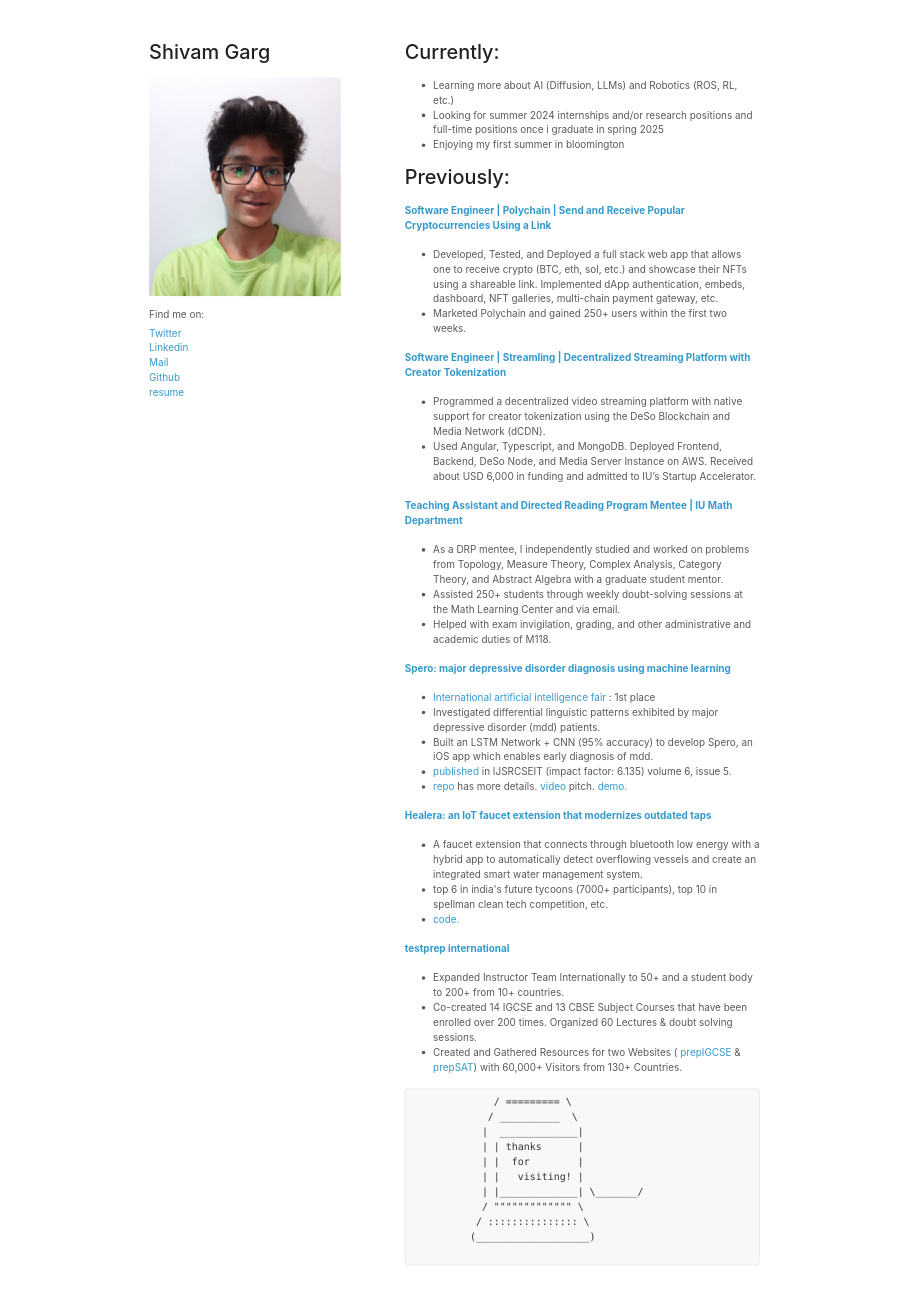
Repository: 22shivam/22shivam.github.io
Page: index.html
The author's editor kept a copy of each file at every save. The page is drawn from the files as they stood at one save, then again after the next save.
The browser window is 1280 px wide. The pictures show the whole page, at 71% of full size.

Above is the page before, as saved 2024-06-17 19:17:09.

### index.html
<!doctype html>
<html>

<head>
  <meta charset="utf-8">
  <meta http-equiv="X-UA-Compatible" content="chrome=1">
  <title>Shivam Garg</title>

  <link rel="apple-touch-icon" sizes="180x180" href="assets/favicon/apple-touch-icon.png">
  <link rel="icon" type="image/png" sizes="32x32" href="assets/favicon/favicon-32x32.png">
  <link rel="icon" type="image/png" sizes="16x16" href="assets/favicon/favicon-16x16.png">
  <link rel="manifest" href="assets/favicon/site.webmanifest">
  <title>Shivam Garg</title>
  <meta charset="utf-8">
  <meta name="description" content="hi i am shivam! i love making and learning about new things">
  <meta name="keywords" content="Shivam Garg, Shivam, Personal Website, smgarg, Shivam Manish Garg">
  <link rel="author" href="https://plus.google.com/{{googlePlusId}}" />
  <!-- TODO: fix link below -->
  <link rel="canonical" href="/" />
  <meta name="author" content="Shivam Garg">


  <link rel="stylesheet" href="css/styles.css">
  <link rel="stylesheet" href="css/pygment_trac.css">
  <meta name="viewport" content="width=device-width">
  <!--[if lt IE 9]>
    <script src="//html5shiv.googlecode.com/svn/trunk/html5.js"></script>
    <![endif]-->
</head>

<body>
  <div class="wrapper">
    <header>
      <h1>Shivam Garg</h1>
      <img src="assets/publicPhoto.jpeg" alt="Shivam Garg" height="" width="">
      <p style="margin-bottom: 5px; margin-top: 10px;">Find me on:</p>
      <div class="view"><a href="https://twitter.com/smgarg_/" target="_blank">Twitter</a></div>
      <div class="view"><a href="https://www.linkedin.com/in/shivammgarg" target="_blank">Linkedin</a></div>
      <div class="view"><a href="mailto:shivamg2604@gmail.com" target="_blank">Mail</a></div>
      <div class="view"><a href="https://github.com/22shivam/" target="_blank">Github</a></div>
      <div class="view"><a href="/resume.pdf" target="_blank">resume</a></div>

    </header>
    <section>
      <h1>Currently:</h1>

      <ul>
        <li>Learning more about AI (Diffusion, LLMs) and Robotics (ROS, RL, etc.)</li>
        <li>Looking for summer 2024 internships and/or research positions and full-time positions once i graduate in
          spring 2025</li>
        <li>Enjoying my first summer in bloomington</li>
      </ul>


      <h1>Previously:</h1>

      <p><a href="#"><b>Software Engineer | Polychain | Send and Receive Popular Cryptocurrencies Using a Link</b></a>
      </p>
      <ul>
        <li> Developed, Tested, and Deployed a full stack web app that allows one to receive crypto (BTC, eth, sol,
          etc.) and
          showcase their NFTs using a shareable link. Implemented dApp authentication, embeds, dashboard, NFT galleries,
          multi-chain payment gateway, etc. </li>
        <li>Marketed Polychain and gained 250+ users within the first two weeks.</li>
      </ul>

      <p><a href="#"><b>Software Engineer | Streamling | Decentralized Streaming Platform with Creator
            Tokenization</b></a></p>
      <ul>
        <li>Programmed a decentralized video streaming platform with native support for creator tokenization using the
          DeSo
          Blockchain and Media Network (dCDN). </li>
        <li>Used Angular, Typescript, and MongoDB. Deployed Frontend, Backend, DeSo Node, and Media Server Instance on
          AWS. Received about USD 6,000 in funding and admitted to IU’s Startup Accelerator.</li>
      </ul>

      <p><a href="#"><b>Teaching Assistant and Directed Reading Program Mentee | IU Math Department</b></a></p>
      <ul>
        <li>As a DRP mentee, I independently studied and worked on problems from Topology, Measure Theory, Complex
          Analysis, Category Theory, and Abstract Algebra with a graduate student mentor. </li>
        <li>Assisted 250+ students through weekly doubt-solving sessions at the Math Learning Center and via email.</li>
        <li>Helped with exam invigilation, grading, and other administrative and academic duties of M118.</li>
      </ul>

      <p><a href="#"><b>Spero: major depressive disorder diagnosis using machine learning</b></a></p>
      <ul>
        <li><a href="https://www.facebook.com/watch/?v=3315503535234343" target="_blanket">International artificial
            intelligence fair </a>: 1st place</li>
        <li> Investigated differential linguistic patterns exhibited by major depressive disorder (mdd) patients. </li>
        <li> Built an LSTM Network + CNN (95% accuracy) to develop Spero, an iOS app which enables early diagnosis of
          mdd. </li>
        <li> <a href="https://drive.google.com/file/d/13emORumQpy178YOz-o1TLWc3oEMG_0Zk/view?usp=sharing"
            target="_blank">published</a> in IJSRCSEIT (impact factor: 6.135) volume 6, issue 5. </li>
        <li><a href="https://github.com/yumibyte/DepressionAnalysisApp" target="_blank">repo</a> has more details. <a
            href="https://youtu.be/BRpB7O93rG8" target="_blank">video </a>pitch. <a
            href="https://drive.google.com/file/d/1xZBEsI2Kvl0hXr1HkGOkEOxA6GYMHvkU/view?usp=sharing"
            target="_blank">demo.</a></li>
      </ul>

      <p><a href="#"><b>Healera: an IoT faucet extension that modernizes outdated taps</b></a></p>
      <ul>
        <li> A faucet extension that connects through bluetooth low energy with a hybrid app to automatically detect
          overflowing vessels and create an integrated smart water management system. </li>
        <li>top 6 in india's future tycoons (7000+ participants), top 10 in spellman clean tech competition, etc.</li>
        <li><a href="https://create.arduino.cc/editor/shivam26/1d686c51-6e04-4531-b3fc-80d3e8be87ea/preview"
            target="_blank">code.</a> </li>
      </ul>

      <p><a href="https://testprepintl.wixsite.com/testprep" target="_blank"><b>testprep international</b></a></p>
      <ul>
        <li>Expanded Instructor Team Internationally to 50+ and a student body to 200+ from 10+ countries.</li>
        <li>Co-created 14 IGCSE and 13 CBSE Subject Courses that have been enrolled over 200 times. Organized 60
          Lectures & doubt solving sessions. </li>
        <li>Created and Gathered Resources for two Websites ( <a href="https://igcse.school.blog/"
            target="_blank">prepIGCSE</a> & <a href="https://prepsatinfo.wordpress.com/" target="_blank">prepSAT</a>)
          with 60,000+ Visitors from 130+ Countries. </li>
      </ul>

      <!-- <p><a href="https://covidhope.litcot.org/" target="_blank"><b>the covidhope initiative</b></a></p>
      <ul>
        <li>recruited 17 editors and designers for the 216-page anthology and oversaw internal operations.</li>
        <li>released anthology in several online stores.</li>
        <li>recognised by <a
            href="https://www.unmgcy.org/youth-initiatives/2020/9/9/the-covidhope-initiative?fbclid=IwAR1hHeQ0HqLZF7lZqmeBwSabEhB1bpDe8zFZsVwr8dct0wwqOb93iT0AzrM"
            target="_blank">united nations major group for children and youth</a> and WHO's weekly operational update on
          covid-19 (<a
            href="https://www.who.int/publications/m/item/weekly-operational-update-on-covid-19---24-may-2021"
            target="_blank">issue 56</a>, page 7).</li>
      </ul> -->

      <!-- <p><a href="#"><b>this is actually a title placeholder</b></a></p>
        <ul>
            <li>bullet <b>1</b></li>
            <li>bullet 2</li>
            <li>bullet 3</li>
        </ul> -->

      <!-- <h1>essays:</h1>
      &#10024; fun stuff coming soon &#10024;
      <br>
      <br>

      <h1>reading list</h1>
      <ul>
        <li>the psychology of money by morgan housel </li>
        <li>the almanack of naval ravikant by eric jorgenson</li>
      </ul> -->

      <!-- <h1>random:</h1>
          <ul>
            <li>random 1:</li>
            <li>random 2:</li>
            <li>random 3:</li>
          </ul>

          <h1>features:</h1>
          <ul>
            <li>feature 1:</li>
            <li>feature 2:</li>
            <li>feature 3:</li>
          </ul>

          <h1>gallery:</h1>
          <ul>
            <li>feature 1:</li>
            <li>feature 2:</li>
            <li>feature 3:</li>
          </ul> -->




      <pre>
             / ========= \
            / __________  \
           |  _____________|
           | | thanks      |
           | |  for        |
           | |   visiting! |
           | |_____________| \_______/
           / """"""""""""" \
          / ::::::::::::::: \
         (___________________)
        </pre>
    </section>
    <footer>
      <!-- <p><small>Last Updated: August 21, 2021</small></p> -->
    </footer>
  </div>
  <script src="js/scale.fix.js"></script>
</body>

</html>

### css/styles.css
body {
  background-color: #fff;
  padding:50px;
  font: 14px/1.5 -apple-system, BlinkMacSystemFont, "Segoe UI", Roboto, Oxygen, Ubuntu, Cantarell, "Fira Sans", "Droid Sans", "Helvetica Neue", Arial, sans-serif, "Apple Color Emoji", "Segoe UI Emoji", "Segoe UI Symbol";
  color:#595959;
  font-weight:400;
}

h1, h2, h3, h4, h5, h6 {
  color:#222;
  margin:0 0 20px;
}

p, ul, ol, table, pre, dl {
  margin:0 0 20px;
}

h1, h2, h3 {
  line-height:1.1;
}

h1 {
  font-size:28px;
  font-weight: 500;
}

h2 {
  color:#393939;
  font-weight: 500;
}

h3, h4, h5, h6 {
  color:#494949;
  font-weight: 500;
}

a {
  color:#39c;
  text-decoration:none;
}

a:hover {
  color:#069;
}

a small {
  font-size:11px;
  color:#777;
  margin-top:-0.3em;
  display:block;
}

a:hover small {
  color:#777;
}

.wrapper {
  width:860px;
  margin:0 auto;
}

blockquote {
  border-left:1px solid #e5e5e5;
  margin:0;
  padding:0 0 0 20px;
  font-style:italic;
}

code, pre {
  font-family:Monaco, Bitstream Vera Sans Mono, Lucida Console, Terminal, Consolas, Liberation Mono, DejaVu Sans Mono, Courier New, monospace;
  color:#333;
}

pre {
  padding:8px 15px;
  background: #f8f8f8;
  border-radius:5px;
  border:1px solid #e5e5e5;
  overflow-x: auto;
}

table {
  width:100%;
  border-collapse:collapse;
}

th, td {
  text-align:left;
  padding:5px 10px;
  border-bottom:1px solid #e5e5e5;
}

dt {
  color:#444;
  font-weight:500;
}

th {
  color:#444;
}

img {
  max-width:100%;
}

header {
  width:270px;
  float:left;
  position:fixed;
  -webkit-font-smoothing:subpixel-antialiased;
}

header ul {
  list-style:none;
  height:40px;
  padding:0;
  background: #f4f4f4;
  border-radius:5px;
  border:1px solid #e0e0e0;
  width:270px;
}

header li {
  width:89px;
  float:left;
  border-right:1px solid #e0e0e0;
  height:40px;
}

header li:first-child a {
  border-radius:5px 0 0 5px;
}

header li:last-child a {
  border-radius:0 5px 5px 0;
}

header ul a {
  line-height:1;
  font-size:11px;
  color:#999;
  display:block;
  text-align:center;
  padding-top:6px;
  height:34px;
}

header ul a:hover {
  color:#999;
}

header ul a:active {
  background-color:#f0f0f0;
}

strong {
  color:#222;
  font-weight:500;
}

header ul li + li + li {
  border-right:none;
  width:89px;
}

header ul a strong {
  font-size:14px;
  display:block;
  color:#222;
}

section {
  width:500px;
  float:right;
  padding-bottom:50px;
}

small {
  font-size:11px;
}

hr {
  border:0;
  background:#e5e5e5;
  height:1px;
  margin:0 0 20px;
}

footer {
  width:270px;
  float:left;
  position:fixed;
  bottom:50px;
  -webkit-font-smoothing:subpixel-antialiased;
}

@media print, screen and (max-width: 960px) {

  div.wrapper {
    width:auto;
    margin:0;
  }

  header, section, footer {
    float:none;
    position:static;
    width:auto;
  }

  header {
    padding-right:320px;
  }

  section {
    border:1px solid #e5e5e5;
    border-width:1px 0;
    padding:20px 0;
    margin:0 0 20px;
  }

  header a small {
    display:inline;
  }

  header ul {
    position:absolute;
    right:50px;
    top:52px;
  }
}

@media print, screen and (max-width: 720px) {
  body {
    word-wrap:break-word;
  }

  header {
    padding:0;
  }

  header ul, header p.view {
    position:static;
  }

  pre, code {
    word-wrap:normal;
  }
}

@media print, screen and (max-width: 480px) {
  body {
    padding:15px;
  }

  header ul {
    width:99%;
  }

  header li, header ul li + li + li {
    width:33%;
  }
}

@media print {
  body {
    padding:0.4in;
    font-size:12pt;
    color:#444;
  }
}

### css/pygment_trac.css
.highlight  { background: #ffffff; }
.highlight .c { color: #999988; font-style: italic } /* Comment */
.highlight .err { color: #a61717; background-color: #e3d2d2 } /* Error */
.highlight .k { font-weight: bold } /* Keyword */
.highlight .o { font-weight: bold } /* Operator */
.highlight .cm { color: #999988; font-style: italic } /* Comment.Multiline */
.highlight .cp { color: #999999; font-weight: bold } /* Comment.Preproc */
.highlight .c1 { color: #999988; font-style: italic } /* Comment.Single */
.highlight .cs { color: #999999; font-weight: bold; font-style: italic } /* Comment.Special */
.highlight .gd { color: #000000; background-color: #ffdddd } /* Generic.Deleted */
.highlight .gd .x { color: #000000; background-color: #ffaaaa } /* Generic.Deleted.Specific */
.highlight .ge { font-style: italic } /* Generic.Emph */
.highlight .gr { color: #aa0000 } /* Generic.Error */
.highlight .gh { color: #999999 } /* Generic.Heading */
.highlight .gi { color: #000000; background-color: #ddffdd } /* Generic.Inserted */
.highlight .gi .x { color: #000000; background-color: #aaffaa } /* Generic.Inserted.Specific */
.highlight .go { color: #888888 } /* Generic.Output */
.highlight .gp { color: #555555 } /* Generic.Prompt */
.highlight .gs { font-weight: bold } /* Generic.Strong */
.highlight .gu { color: #800080; font-weight: bold; } /* Generic.Subheading */
.highlight .gt { color: #aa0000 } /* Generic.Traceback */
.highlight .kc { font-weight: bold } /* Keyword.Constant */
.highlight .kd { font-weight: bold } /* Keyword.Declaration */
.highlight .kn { font-weight: bold } /* Keyword.Namespace */
.highlight .kp { font-weight: bold } /* Keyword.Pseudo */
.highlight .kr { font-weight: bold } /* Keyword.Reserved */
.highlight .kt { color: #445588; font-weight: bold } /* Keyword.Type */
.highlight .m { color: #009999 } /* Literal.Number */
.highlight .s { color: #d14 } /* Literal.String */
.highlight .na { color: #008080 } /* Name.Attribute */
.highlight .nb { color: #0086B3 } /* Name.Builtin */
.highlight .nc { color: #445588; font-weight: bold } /* Name.Class */
.highlight .no { color: #008080 } /* Name.Constant */
.highlight .ni { color: #800080 } /* Name.Entity */
.highlight .ne { color: #990000; font-weight: bold } /* Name.Exception */
.highlight .nf { color: #990000; font-weight: bold } /* Name.Function */
.highlight .nn { color: #555555 } /* Name.Namespace */
.highlight .nt { color: #000080 } /* Name.Tag */
.highlight .nv { color: #008080 } /* Name.Variable */
.highlight .ow { font-weight: bold } /* Operator.Word */
.highlight .w { color: #bbbbbb } /* Text.Whitespace */
.highlight .mf { color: #009999 } /* Literal.Number.Float */
.highlight .mh { color: #009999 } /* Literal.Number.Hex */
.highlight .mi { color: #009999 } /* Literal.Number.Integer */
.highlight .mo { color: #009999 } /* Literal.Number.Oct */
.highlight .sb { color: #d14 } /* Literal.String.Backtick */
.highlight .sc { color: #d14 } /* Literal.String.Char */
.highlight .sd { color: #d14 } /* Literal.String.Doc */
.highlight .s2 { color: #d14 } /* Literal.String.Double */
.highlight .se { color: #d14 } /* Literal.String.Escape */
.highlight .sh { color: #d14 } /* Literal.String.Heredoc */
.highlight .si { color: #d14 } /* Literal.String.Interpol */
.highlight .sx { color: #d14 } /* Literal.String.Other */
.highlight .sr { color: #009926 } /* Literal.String.Regex */
.highlight .s1 { color: #d14 } /* Literal.String.Single */
.highlight .ss { color: #990073 } /* Literal.String.Symbol */
.highlight .bp { color: #999999 } /* Name.Builtin.Pseudo */
.highlight .vc { color: #008080 } /* Name.Variable.Class */
.highlight .vg { color: #008080 } /* Name.Variable.Global */
.highlight .vi { color: #008080 } /* Name.Variable.Instance */
.highlight .il { color: #009999 } /* Literal.Number.Integer.Long */

.type-csharp .highlight .k { color: #0000FF }
.type-csharp .highlight .kt { color: #0000FF }
.type-csharp .highlight .nf { color: #000000; font-weight: normal }
.type-csharp .highlight .nc { color: #2B91AF }
.type-csharp .highlight .nn { color: #000000 }
.type-csharp .highlight .s { color: #A31515 }
.type-csharp .highlight .sc { color: #A31515 }

Loaded but not shown: js/scale.fix.js (common file)

After the next save:
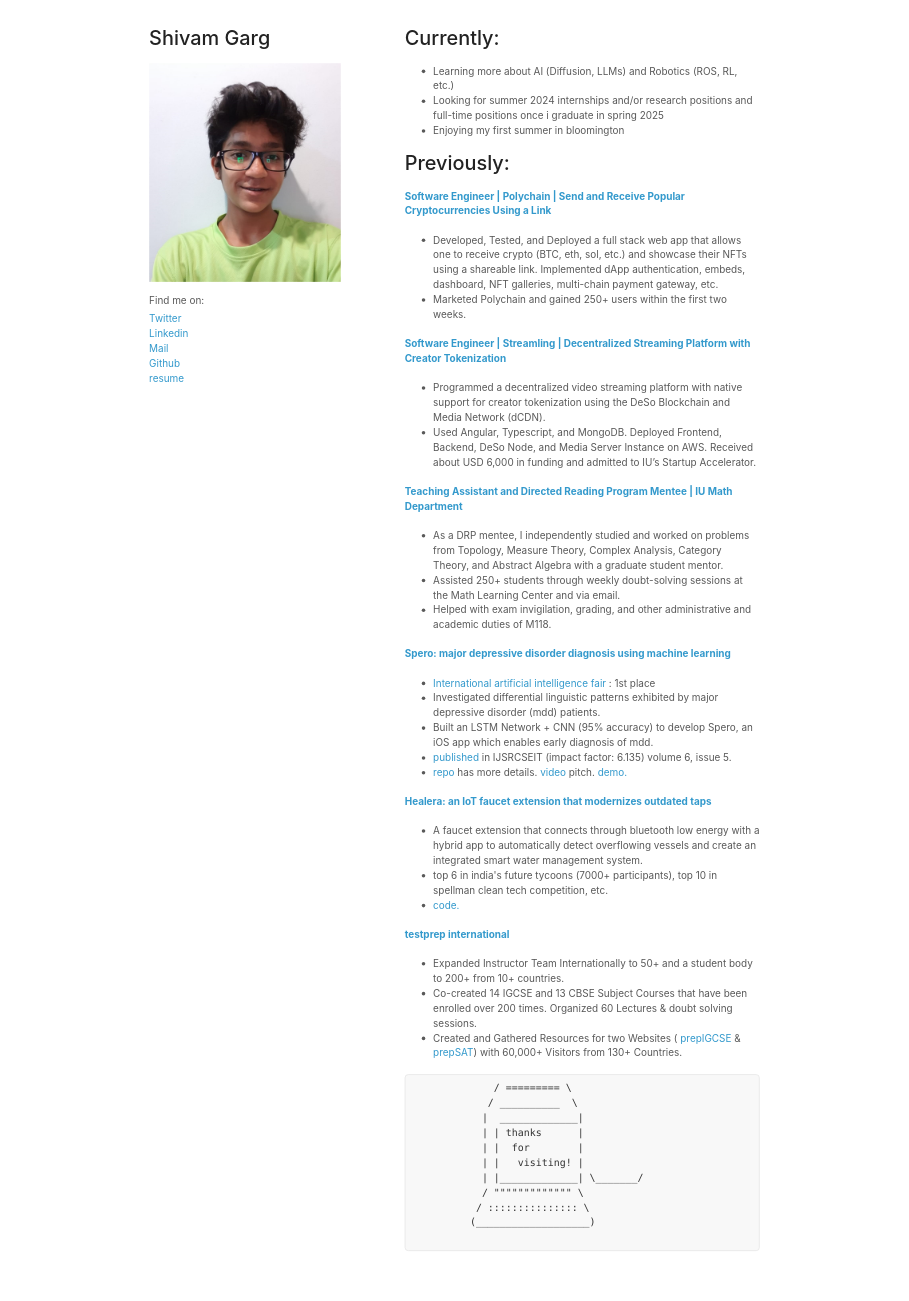
Saved 109 s later.
--- a/css/styles.css
+++ b/css/styles.css
@@ -1,6 +1,6 @@
 body {
   background-color: #fff;
-  padding:50px;
+  padding:30px;
   font: 14px/1.5 -apple-system, BlinkMacSystemFont, "Segoe UI", Roboto, Oxygen, Ubuntu, Cantarell, "Fira Sans", "Droid Sans", "Helvetica Neue", Arial, sans-serif, "Apple Color Emoji", "Segoe UI Emoji", "Segoe UI Symbol";
   color:#595959;
   font-weight:400;

After the save that followed:
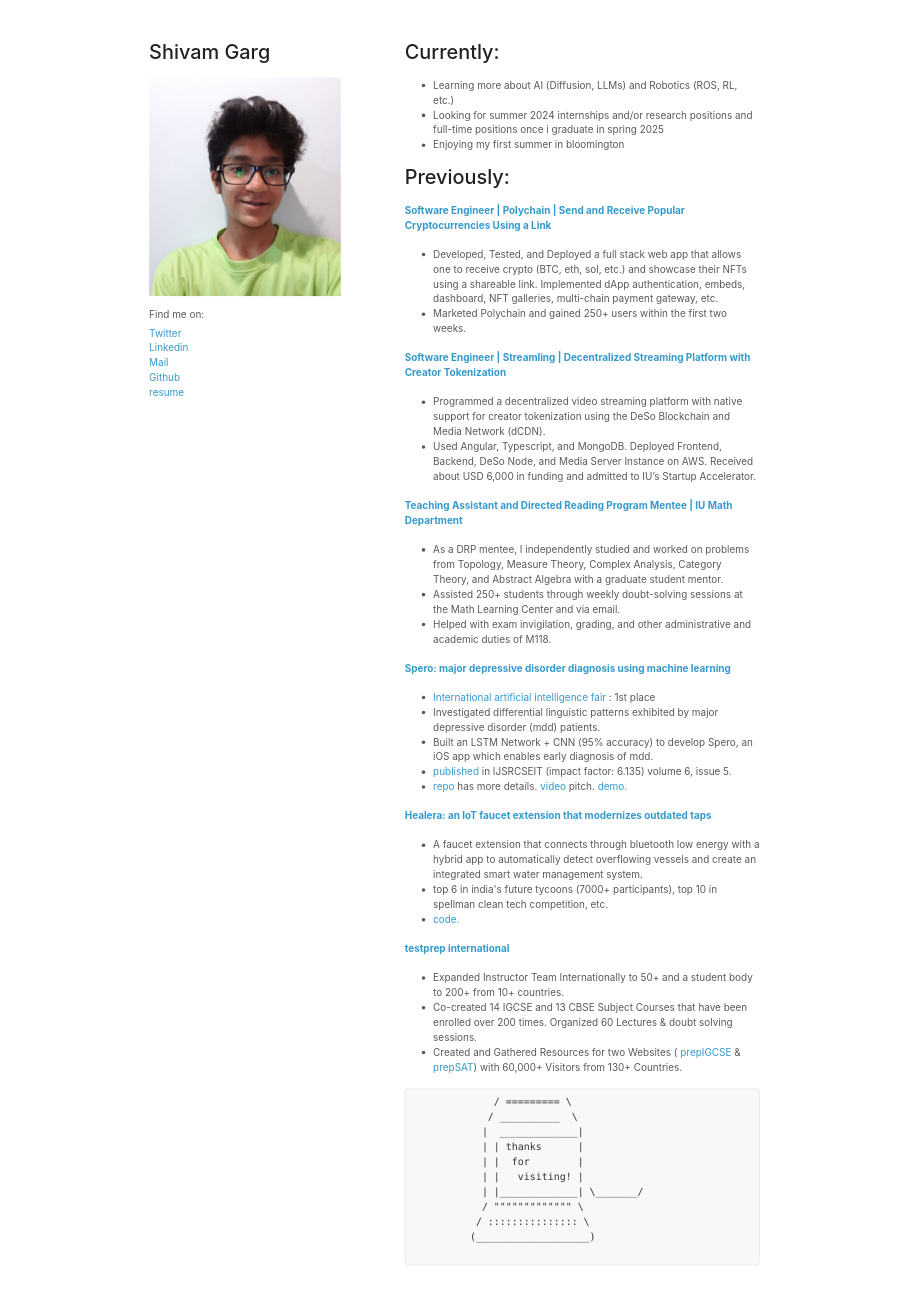
Saved 12 s later.
--- a/css/styles.css
+++ b/css/styles.css
@@ -1,6 +1,6 @@
 body {
   background-color: #fff;
-  padding:30px;
+  padding:50px;
   font: 14px/1.5 -apple-system, BlinkMacSystemFont, "Segoe UI", Roboto, Oxygen, Ubuntu, Cantarell, "Fira Sans", "Droid Sans", "Helvetica Neue", Arial, sans-serif, "Apple Color Emoji", "Segoe UI Emoji", "Segoe UI Symbol";
   color:#595959;
   font-weight:400;
